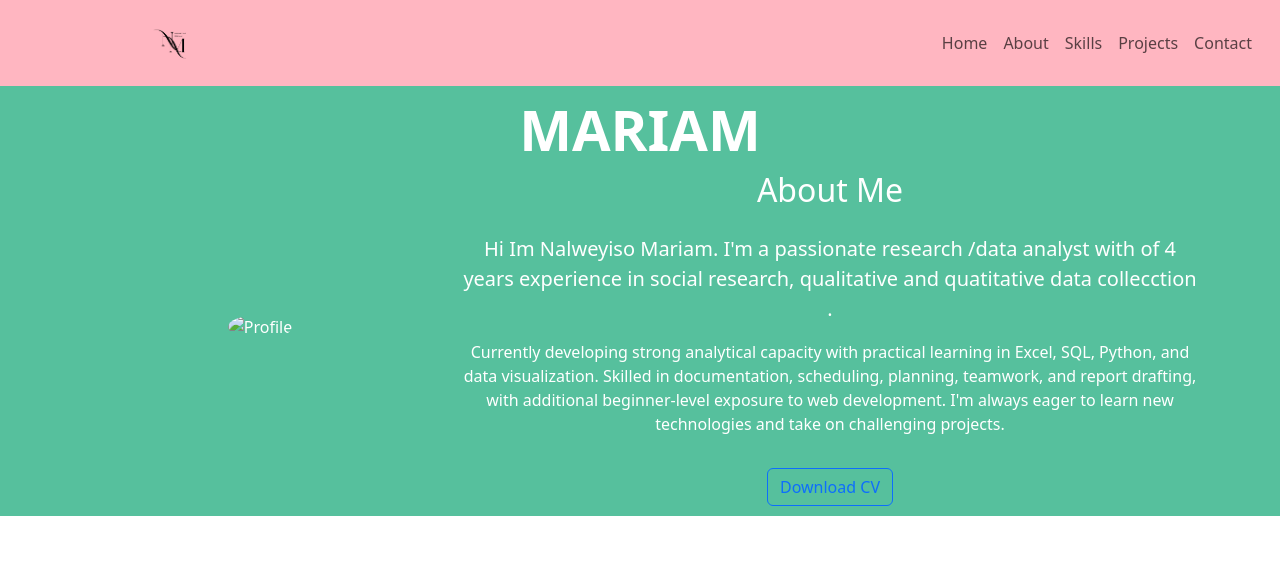
Repository: NalweMari/My-Personal-Portfolio
Page: index.html
The author's editor kept a copy of each file at every save. The page is drawn from the files as they stood at one save, then again after a run of saves.
The browser window is 1280 px wide. The pictures show the whole page.

Above is the page before, as saved 2025-11-27 19:29:46.
Console error (its wording comes from the project's code and is left out).

After the next 2 saves:
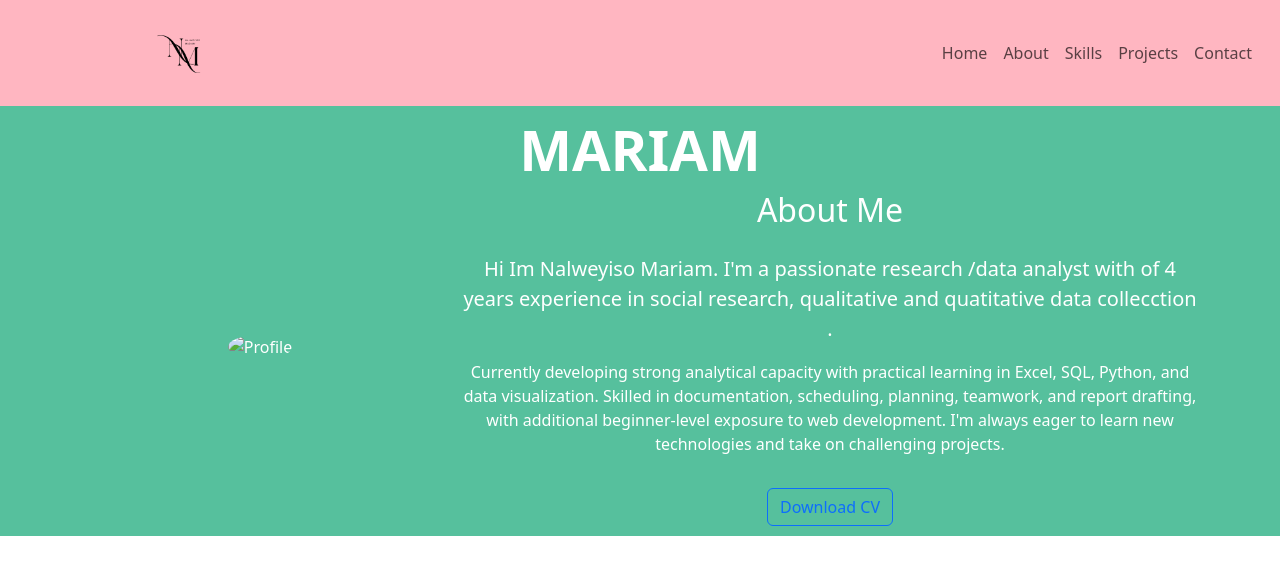
The 2 saves are shown as one change because they came seconds apart.
The last was saved 40 s later.
--- a/index.html
+++ b/index.html
@@ -18,7 +18,7 @@
 
     <nav class="navbar navbar-expand-lg navbar-light bg-custom">
         <div class="container me-2">
-            <a class="navbar-brand" href="#"><img src="images/Mariam_Initials_Logo_preview.png" alt="Your Logo" height="60"></a> <button class="navbar-toggler" type="button" data- 6
+            <a class="navbar-brand" href="#"><img src="images/Mariam_Initials_Logo_preview.png" alt="Your Logo" height="80"></a> <button class="navbar-toggler" type="button" data- 6
                 toggle="collapse" data-target="#navbarNav" aria-controls="navbarNav" aria-expanded="false"
                 aria-label="Toggle navigation"> <span class="navbar-toggler-icon"></span> </button>
             <div class="collapse navbar-collapse" id="navbarNav">
